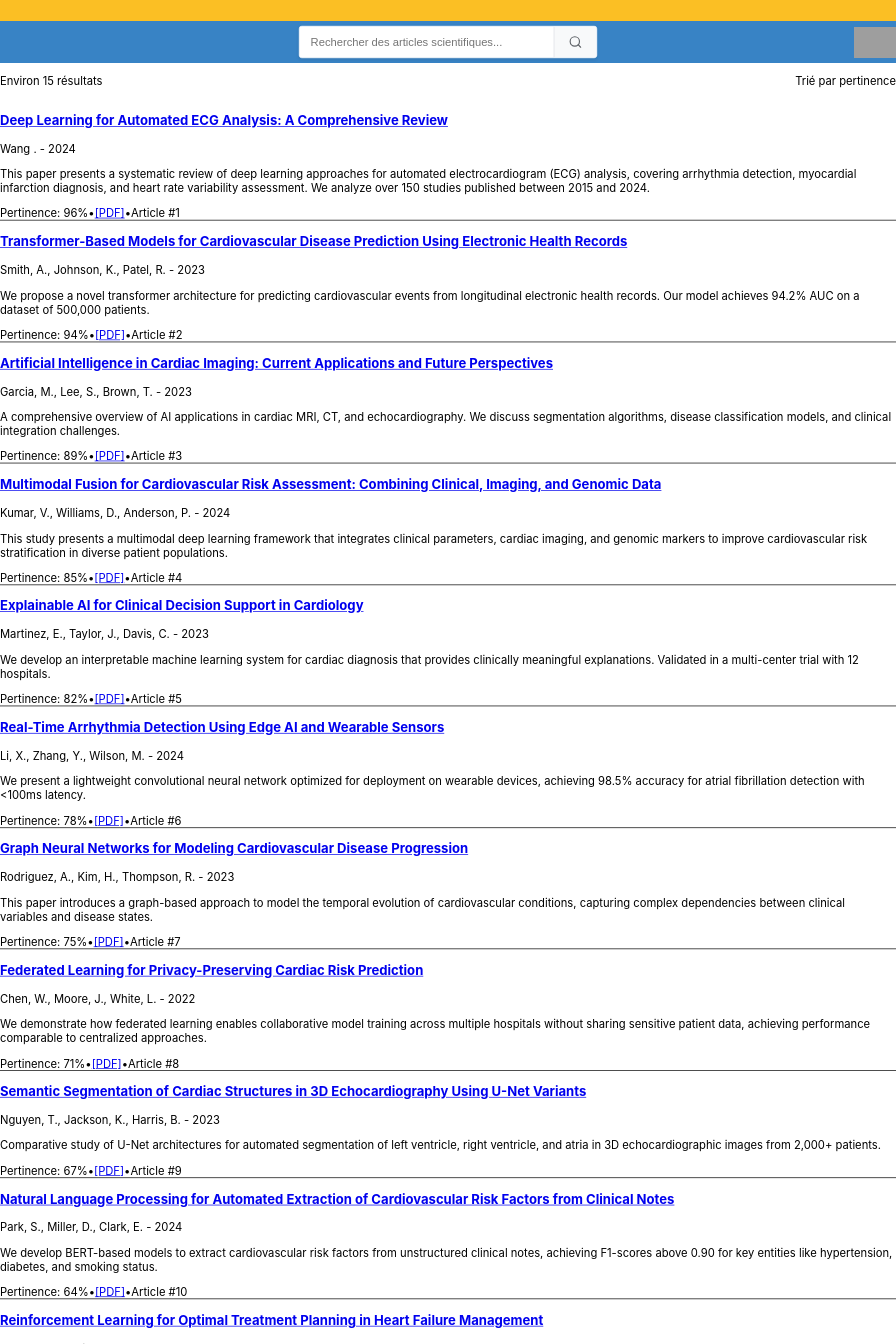
Repository: elh33/SemanticSciSearch
Page: / (app in frontend/)
An editor plug-in stored every save of this project. The page is shown before and after a run of saves, followed by the edit.
The browser window is 1280 px wide. The pictures show the part of the page from y = 0 to 1920 px (the page is 2665 px tall), at 70% of full size.
Pictures or frames that could not be fetched are drawn as grey boxes. The project was rebuilt for these pictures with package versions that can differ from the ones it lists, and the page was loaded fresh each time.

Above is the page before, as saved 2025-11-21 23:40:03.

### frontend/index.html
<!DOCTYPE html>
<html lang="en">
  <head>
    <meta charset="UTF-8" />
    <meta name="viewport" content="width=device-width, initial-scale=1.0" />
    <title>SemanticSciSearch</title>
  </head>
  <body>
    <div id="root"></div>
    <script type="module" src="/src/index.tsx"></script>
  </body>
</html>

### frontend/src/index.tsx
import React from 'react';
import ReactDOM from 'react-dom';
import App from './App';
import './index.css';

ReactDOM.render(
  <React.StrictMode>
    <App />
  </React.StrictMode>,
  document.getElementById('root')
);

### frontend/src/App.tsx
import React from 'react';
// Importe le composant de recherche principal
import SearchResults from './components/SearchResults';

// Le composant App.tsx est le conteneur principal de l'application.
function App() {
  return (
    // Utilisation d'un fragment React (<>...</>) ou d'un <div> si tu as des styles globaux
    <>
      {/* Le composant SearchResults contient maintenant :
        - Le titre et le sous-titre de l'application.
        - La barre de recherche.
        - L'orchestration de la logique (appels à api.ts).
        - L'affichage de la liste des ArticleCard.
      */}
      <SearchResults />
    </>
  );
}

export default App;

### frontend/src/components/SearchResults.tsx
import React, { useState, useEffect } from 'react';
import { Article } from '../types';
import { searchArticles } from '../services/api';
import ArticleCard from './ArticleCard';

const SearchResults: React.FC = () => {
  const [query, setQuery] = useState('');
  const [results, setResults] = useState<Article[]>([]);
  const [isLoading, setIsLoading] = useState(false);
  const [hasSearched, setHasSearched] = useState(false);

  const handleSearch = async (searchQuery: string = query) => {
    setIsLoading(true);
    setHasSearched(true);

    try {
      const data = await searchArticles(searchQuery);
      const sortedData = [...data].sort((a, b) => b.score - a.score);
      setResults(sortedData);
    } catch (error) {
      console.error("Erreur lors de la recherche:", error);
      setResults([]);
    } finally {
      setIsLoading(false);
    }
  };

  useEffect(() => {
    handleSearch('');
  }, []);

  const handleSubmit = (e: React.FormEvent) => {
    e.preventDefault();
    handleSearch();
  };

  return (
    <div className="min-h-screen bg-white">
      {/* BARRE JAUNE EN HAUT */}
      <div style={{ backgroundColor: '#fbbf24', height: '30px' }} className="w-full"></div>

      {/* En-tête avec fond bleu */}
      <div style={{ backgroundColor: '#3883c5ff' }} className="w-full sticky top-0 z-10 shadow-lg">
        <div className="max-w-7xl mx-auto px-4 py-6">
          <div className="flex items-center justify-between gap-8">
            {/* Espace gauche */}
            <div className="flex-1"></div>

            {/* Zone de recherche centrée - Style Google Scholar */}
            <div className="flex-1 max-w-3xl flex items-center justify-center">
              <form onSubmit={handleSubmit} className="w-full">
                <div
                  className="flex items-center overflow-hidden"
                  style={{
                    backgroundColor: 'white',
                    borderRadius: '4px',
                    boxShadow: '0 2px 5px rgba(0,0,0,0.1)',
                    border: '1px solid #ffffffff'
                  }}
                >
                  {/* Input de recherche */}
                  <input
                    type="text"
                    value={query}
                    onChange={(e) => setQuery(e.target.value)}
                    placeholder="Rechercher des articles scientifiques..."
                    className="flex-1 outline-none border-none"
                    style={{
                      padding: '12px 16px',
                      fontSize: '16px',
                      backgroundColor: 'transparent'
                    }}
                  />

                  {/* Bouton de recherche avec icône loupe */}
                  <button
                    type="submit"
                    className="flex items-center justify-center transition-colors"
                    style={{
                      padding: '12px 20px',
                      backgroundColor: '#f8f9fa',
                      border: 'none',
                      borderLeft: '1px solid #dfe1e5',
                      cursor: 'pointer',
                      height: '100%'
                    }}
                    onMouseEnter={(e) => e.currentTarget.style.backgroundColor = '#e8eaed'}
                    onMouseLeave={(e) => e.currentTarget.style.backgroundColor = '#f8f9fa'}
                  >
                    {/* Icône loupe SVG */}
                    <svg
                      width="20"
                      height="20"
                      viewBox="0 0 24 24"
                      fill="none"
                      stroke="#5f6368"
                      strokeWidth="2"
                      strokeLinecap="round"
                      strokeLinejoin="round"
                    >
                      <circle cx="11" cy="11" r="8"></circle>
                      <path d="m21 21-4.35-4.35"></path>
                    </svg>
                  </button>
                </div>
              </form>
            </div>

            {/* Logo à droite */}
            <div className="flex-1 flex justify-end">
              <img
                src="/fleur.png"
                alt="Logo"
                className="object-contain"
                style={{ width: '60px', height: '60px' }}
              />
            </div>
          </div>
        </div>
      </div>

      {/* Contenu principal */}
      <div className="max-w-5xl mx-auto px-4 py-6">
        {hasSearched && !isLoading && (
          <div className="mb-4 flex items-center justify-between">
            <p className="text-sm text-gray-600">
              Environ {results.length} résultat{results.length !== 1 ? 's' : ''}
              {query && ` pour "${query}"`}
            </p>

            <div className="text-xs text-gray-500">
              Trié par pertinence
            </div>
          </div>
        )}

        {isLoading && (
          <div className="flex items-center justify-center py-12">
            <div className="flex flex-col items-center gap-3">
              <div className="animate-spin rounded-full h-8 w-8 border-b-2 border-blue-600"></div>
              <p className="text-gray-600">Recherche en cours...</p>
            </div>
          </div>
        )}

        {!isLoading && (
          <div className="bg-white">
            {results.length > 0 ? (
              results.map((article) => (
                <ArticleCard key={article.id} article={article} />
              ))
            ) : (
              hasSearched && (
                <div className="text-center py-12">
                  <p className="text-gray-600 text-lg">
                    Aucun résultat trouvé pour "{query}"
                  </p>
                  <p className="text-gray-500 text-sm mt-2">
                    Essayez avec d'autres mots-clés
                  </p>
                </div>
              )
            )}
          </div>
        )}
      </div>

      {/* Footer */}
      <footer className="mt-12 border-t border-gray-200 bg-gray-50">
        <div className="max-w-5xl mx-auto px-4 py-6 text-center text-sm text-gray-500">
          SemanticSciSearch - Recherche sémantique d'articles scientifiques en IA et Cardiologie
        </div>
      </footer>
    </div>
  );
};

export default SearchResults;

### frontend/src/services/api.ts
import { Article } from '../types';
import { MOCK_RESULTS } from '../data/mockData';
import axios from 'axios';

// 💡 INTERRUPTEUR : Passez à 'false' (ou commentez/supprimez) cette ligne
// UNIQUEMENT lorsque le Back-End FastAPI est prêt.
const USE_MOCK_DATA = true;

// URL de base lue depuis le .env pour le mode production
// Le .env doit contenir VITE_API_URL=http://localhost:8000
const API_BASE_URL = 'http://localhost:8000';

/**
 * Fonction principale de recherche d'articles.
 * Elle utilise soit les données mockées, soit l'API réelle.
 * @param query Le texte de la requête de l'utilisateur.
 * @returns Une promesse qui résout vers un tableau d'articles.
 */
export const searchArticles = async (query: string): Promise<Article[]> => {
  if (USE_MOCK_DATA) {
    // --- MODE MOCKÉ ---
    console.log(`[MOCK] Simulation de recherche pour: "${query}"`);

    // 1. Simuler le délai réseau (500ms) pour une meilleure expérience utilisateur
    await new Promise(resolve => setTimeout(resolve, 500));

    // 2. Simuler un filtre simple (recherche du mot-clé dans le titre)
    // S'il n'y a pas de requête (query vide), on renvoie tout.
    const lowerCaseQuery = query.toLowerCase();

    return MOCK_RESULTS.filter(article =>
        article.title.toLowerCase().includes(lowerCaseQuery) || lowerCaseQuery.length === 0
    );

  } else {
    // --- MODE PRODUCTION (Axios) ---
    console.log(`[AXIOS] Requête réelle vers: ${API_BASE_URL}/search pour: "${query}"`);

    try {
      // 1. Envoi de la requête POST à FastAPI
      const response = await axios.post(`${API_BASE_URL}/search`, { query });

      // 2. Retourne les données (TypeScript vérifie que c'est un tableau d'Articles)
      return response.data as Article[];

    } catch (error) {
      console.error("Erreur lors de l'appel à l'API de recherche:", error);
      // En cas d'échec de l'API, on renvoie un tableau vide
      return [];
    }
  }
};

### frontend/src/components/ArticleCard.tsx
import React from 'react';
import { Article } from '../types';

interface ArticleCardProps {
  article: Article;
}

const ArticleCard: React.FC<ArticleCardProps> = ({ article }) => {
  const scorePercent = (article.score * 100).toFixed(0);

  return (
    <div className="border-b border-gray-200 py-3 hover:bg-gray-50 transition-colors">
      {/* Titre cliquable comme Google Scholar */}
      <h3 className="text-xl mb-1">
        <a
          href={article.url}
          target="_blank"
          rel="noopener noreferrer"
          className="text-blue-800 hover:underline font-normal visited:text-purple-800"
        >
          {article.title}
        </a>
      </h3>

      {/* Auteurs et année */}
      <p className="text-sm text-gray-600 mb-2">
        {article.authors} - <span className="font-medium">{article.year}</span>
      </p>

      {/* Résumé */}
      <p className="text-sm text-gray-700 leading-relaxed mb-2">
        {article.abstract}
      </p>

      {/* Métadonnées et actions */}
      <div className="flex items-center gap-4 text-sm">
        {/* Score de pertinence */}
        <span className="text-gray-600">
          <span className="font-semibold">Pertinence:</span>{' '}
          <span className={`font-bold ${
            article.score > 0.8 ? 'text-green-600' :
            article.score > 0.5 ? 'text-yellow-600' :
            'text-gray-500'
          }`}>
            {scorePercent}%
          </span>
        </span>

        {/* Séparateur */}
        <span className="text-gray-400">•</span>

        {/* Lien PDF */}
        <a
          href={article.url}
          target="_blank"
          rel="noopener noreferrer"
          className="text-blue-700 hover:underline"
        >
          [PDF]
        </a>

        {/* Séparateur */}
        <span className="text-gray-400">•</span>

        {/* ID de l'article */}
        <span className="text-gray-400 text-xs">
          Article #{article.id}
        </span>
      </div>
    </div>
  );
};

export default ArticleCard;

### frontend/src/data/mockData.ts
import { Article } from '../types';

export const MOCK_RESULTS: Article[] = [
  {
    id: '1',
    title: 'Deep Learning for Automated ECG Analysis: A Comprehensive Review',
    abstract: "This paper presents a systematic review of deep learning approaches for automated electrocardiogram (ECG) analysis, covering arrhythmia detection, myocardial infarction diagnosis, and heart rate variability assessment. We analyze over 150 studies published between 2015 and 2024.",
    authors: "Wang .",
    year: 2024,
    score: 0.96,
    url: 'https://arxiv.org/pdf/2301.04634'
  },
  {
    id: '2',
    title: 'Transformer-Based Models for Cardiovascular Disease Prediction Using Electronic Health Records',
    abstract: "We propose a novel transformer architecture for predicting cardiovascular events from longitudinal electronic health records. Our model achieves 94.2% AUC on a dataset of 500,000 patients.",
    authors: "Smith, A., Johnson, K., Patel, R.",
    year: 2023,
    score: 0.94,
    url: 'https://arxiv.org/pdf/2305.12987'
  },
  {
    id: '3',
    title: 'Artificial Intelligence in Cardiac Imaging: Current Applications and Future Perspectives',
    abstract: "A comprehensive overview of AI applications in cardiac MRI, CT, and echocardiography. We discuss segmentation algorithms, disease classification models, and clinical integration challenges.",
    authors: "Garcia, M., Lee, S., Brown, T.",
    year: 2023,
    score: 0.89,
    url: 'https://arxiv.org/pdf/2203.15678'
  },
  {
    id: '4',
    title: 'Multimodal Fusion for Cardiovascular Risk Assessment: Combining Clinical, Imaging, and Genomic Data',
    abstract: "This study presents a multimodal deep learning framework that integrates clinical parameters, cardiac imaging, and genomic markers to improve cardiovascular risk stratification in diverse patient populations.",
    authors: "Kumar, V., Williams, D., Anderson, P.",
    year: 2024,
    score: 0.85,
    url: '/documents/multimodal-cardio-risk.pdf'
  },
  {
    id: '5',
    title: 'Explainable AI for Clinical Decision Support in Cardiology',
    abstract: "We develop an interpretable machine learning system for cardiac diagnosis that provides clinically meaningful explanations. Validated in a multi-center trial with 12 hospitals.",
    authors: "Martinez, E., Taylor, J., Davis, C.",
    year: 2023,
    score: 0.82,
    url: 'https://arxiv.org/pdf/2511.13703.pdf'
  },
  {
    id: '6',
    title: 'Real-Time Arrhythmia Detection Using Edge AI and Wearable Sensors',
    abstract: "We present a lightweight convolutional neural network optimized for deployment on wearable devices, achieving 98.5% accuracy for atrial fibrillation detection with <100ms latency.",
    authors: "Li, X., Zhang, Y., Wilson, M.",
    year: 2024,
    score: 0.78,
    url: '/documents/edge-ai-arrhythmia.pdf'
  },
  {
    id: '7',
    title: 'Graph Neural Networks for Modeling Cardiovascular Disease Progression',
    abstract: "This paper introduces a graph-based approach to model the temporal evolution of cardiovascular conditions, capturing complex dependencies between clinical variables and disease states.",
    authors: "Rodriguez, A., Kim, H., Thompson, R.",
    year: 2023,
    score: 0.75,
    url: 'https://arxiv.org/pdf/2204.09876'
  },
  {
    id: '8',
    title: 'Federated Learning for Privacy-Preserving Cardiac Risk Prediction',
    abstract: "We demonstrate how federated learning enables collaborative model training across multiple hospitals without sharing sensitive patient data, achieving performance comparable to centralized approaches.",
    authors: "Chen, W., Moore, J., White, L.",
    year: 2022,
    score: 0.71,
    url: '/documents/federated-cardiac.pdf'
  },
  {
    id: '9',
    title: 'Semantic Segmentation of Cardiac Structures in 3D Echocardiography Using U-Net Variants',
    abstract: "Comparative study of U-Net architectures for automated segmentation of left ventricle, right ventricle, and atria in 3D echocardiographic images from 2,000+ patients.",
    authors: "Nguyen, T., Jackson, K., Harris, B.",
    year: 2023,
    score: 0.67,
    url: '/documents/3d-echo-segmentation.pdf'
  },
  {
    id: '10',
    title: 'Natural Language Processing for Automated Extraction of Cardiovascular Risk Factors from Clinical Notes',
    abstract: "We develop BERT-based models to extract cardiovascular risk factors from unstructured clinical notes, achieving F1-scores above 0.90 for key entities like hypertension, diabetes, and smoking status.",
    authors: "Park, S., Miller, D., Clark, E.",
    year: 2024,
    score: 0.64,
    url: 'https://arxiv.org/pdf/2302.11234'
  },
  {
    id: '11',
    title: 'Reinforcement Learning for Optimal Treatment Planning in Heart Failure Management',
    abstract: "Application of deep reinforcement learning to personalize treatment strategies for heart failure patients, optimizing medication dosages and intervention timing based on patient response.",
    authors: "Ahmed, R., Lewis, G., Young, N.",
    year: 2022,
    score: 0.58,
    url: '/documents/rl-heart-failure.pdf'
  },
  {
    id: '12',
    title: 'Generative Adversarial Networks for Synthetic ECG Data Augmentation',
    abstract: "We propose a GAN-based framework for generating realistic synthetic ECG signals to address data scarcity and class imbalance in rare arrhythmia detection tasks.",
    authors: "Hoffman, P., Scott, A., King, V.",
    year: 2023,
    score: 0.52,
    url: '/documents/gan-ecg-augmentation.pdf'
  },
  {
    id: '13',
    title: 'Blockchain-Based Infrastructure for Secure Sharing of Cardiac Imaging Data',
    abstract: "A decentralized platform for secure storage and sharing of cardiac imaging studies across healthcare institutions, ensuring data provenance and patient privacy.",
    authors: "Green, T., Adams, F., Wright, M.",
    year: 2022,
    score: 0.45,
    url: '/documents/blockchain-cardiac-imaging.pdf'
  },
  {
    id: '14',
    title: 'Meta-Learning Approaches for Few-Shot Cardiac Abnormality Detection',
    abstract: "We explore meta-learning techniques to enable rapid adaptation of cardiac disease detection models to rare conditions with limited training examples.",
    authors: "Baker, L., Turner, S., Phillips, O.",
    year: 2023,
    score: 0.38,
    url: '/documents/meta-learning-cardiac.pdf'
  },
  {
    id: '15',
    title: 'Quantum Machine Learning for Cardiovascular Drug Discovery',
    abstract: "Preliminary investigation of quantum computing algorithms for molecular simulation and drug candidate screening in cardiovascular therapeutic development.",
    authors: "Collins, R., Morris, J., Cooper, W.",
    year: 2024,
    score: 0.22,
    url: '/documents/quantum-ml-cardio.pdf'
  }
];

Loaded but not shown: frontend/src/index.css (common file)

After the next 3 saves:
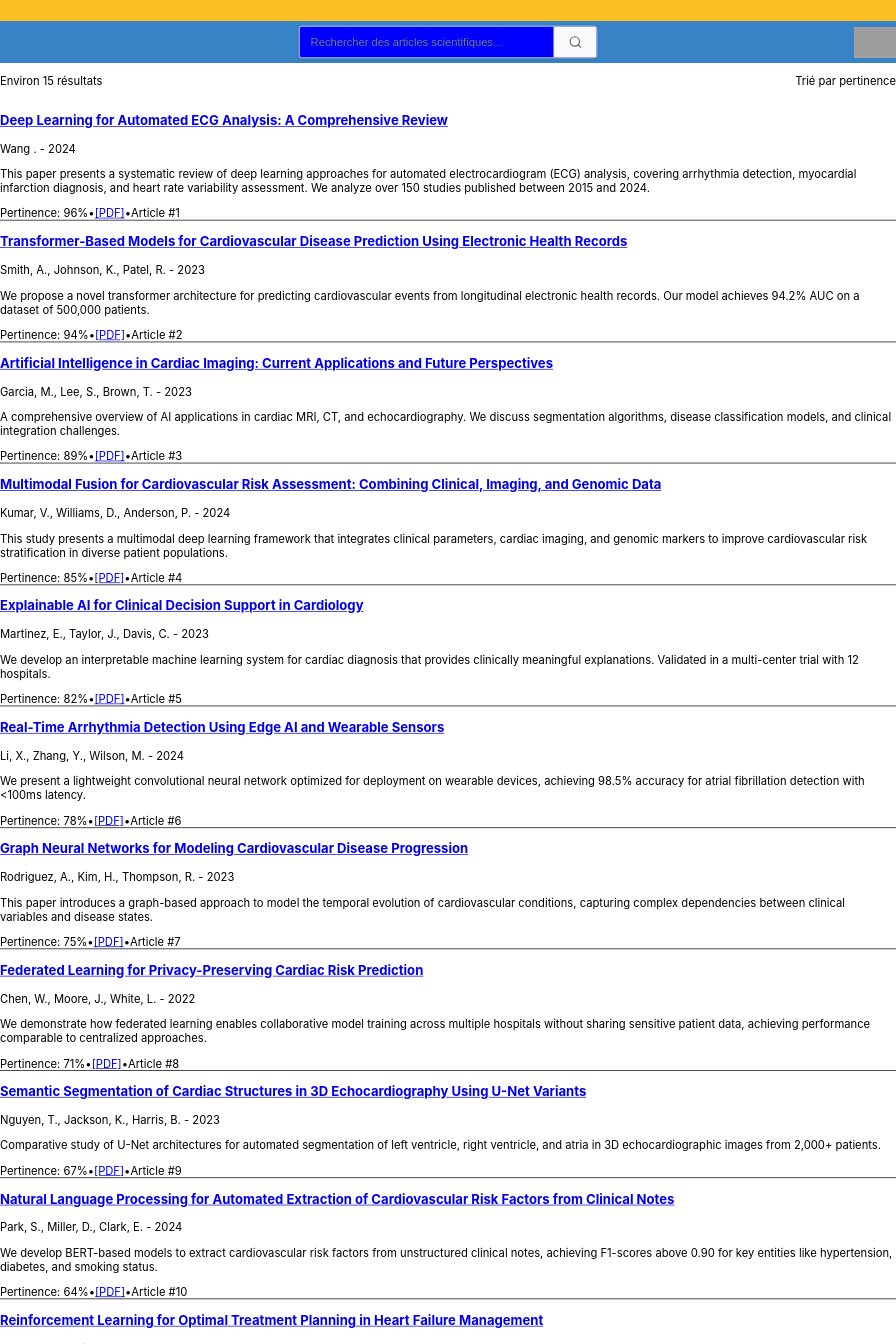
The 3 saves are shown as one change because they came seconds apart.
The last was saved 12 s later.
--- a/frontend/src/components/SearchResults.tsx
+++ b/frontend/src/components/SearchResults.tsx
@@ -52,7 +52,7 @@ const SearchResults: React.FC = () => {
                 <div
                   className="flex items-center overflow-hidden"
                   style={{
-                    backgroundColor: 'white',
+                    backgroundColor: 'blue',
                     borderRadius: '4px',
                     boxShadow: '0 2px 5px rgba(0,0,0,0.1)',
                     border: '1px solid #ffffffff'
